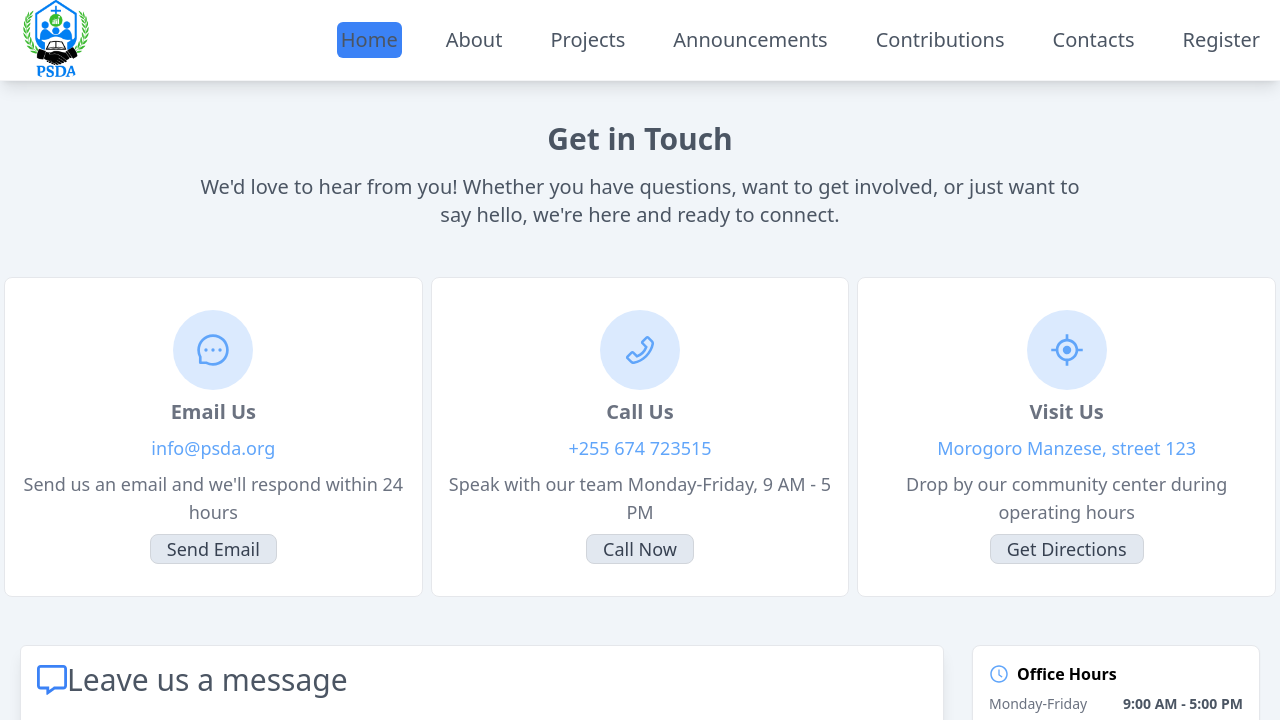
Repository: Zedestar/psda
Page: /contact
An editor plug-in stored every save of this project. The page is shown before and after the next save, followed by the edit.
The browser window is 1280 px wide. The pictures show the whole page.
An inner scrolling area shows only its first screen. The project was rebuilt for these pictures with package versions that can differ from the ones it lists, and the page was loaded fresh each time. Also part of the build but not shown: src/components/cards/primary-card.jsx, src/components/cards/two-lines-card.jsx, src/components/button/full-rounded-button.jsx, src/components/homepic/index.jsx, src/pages/home/what-we-do.js, src/pages/home/what_makes_psda_special_data.js, src/pages/home/make_difference_data.js, src/pages/home/home.jsx and 27 more.

Above is the page before, as saved 2025-08-04 15:38:58.

After the next save:
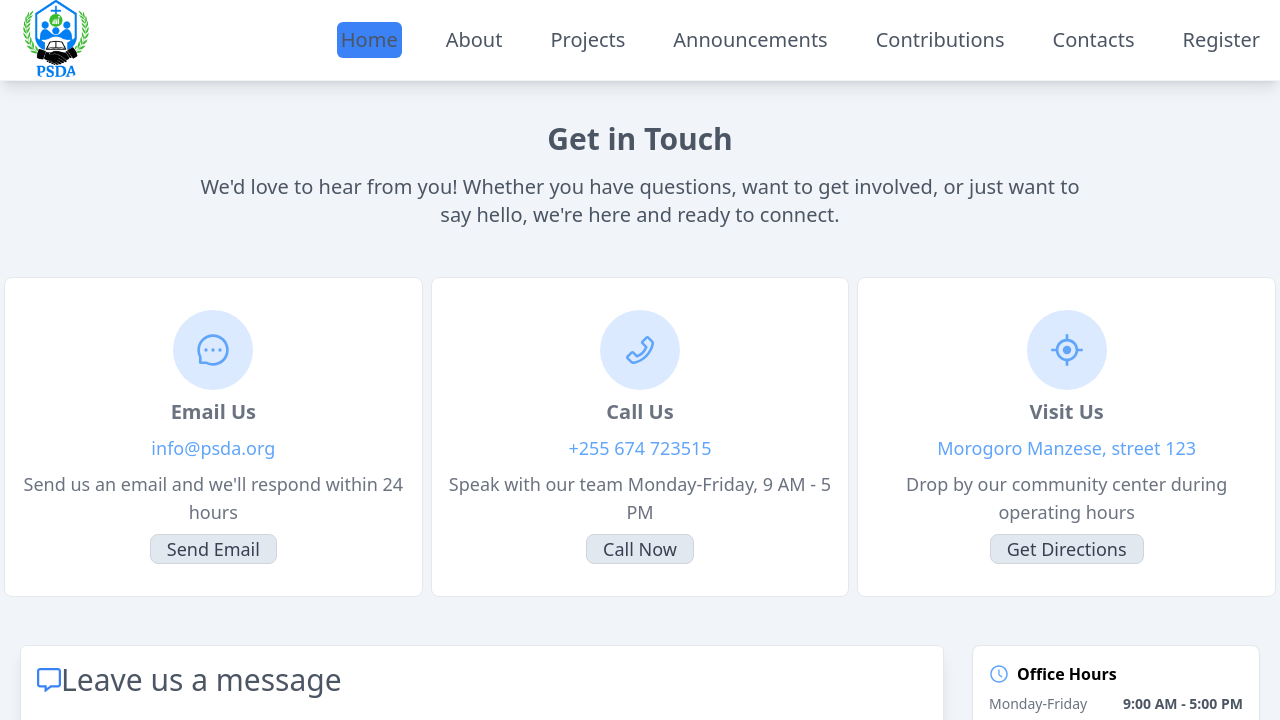
Saved 6 s later.
--- a/src/pages/contacts/contacts.jsx
+++ b/src/pages/contacts/contacts.jsx
@@ -28,7 +28,7 @@ function Contacts() {
         firstSlot={
           <div className="text-gray-500">
             <div className="flex flex-row items-center">
-              <FaRegCommentAlt className="text-3xl text-blue-500" />
+              <FaRegCommentAlt className="text-2xl text-blue-500" />
               <p className="text-3xl text-gray-600">Leave us a message</p>
             </div>
           </div>
